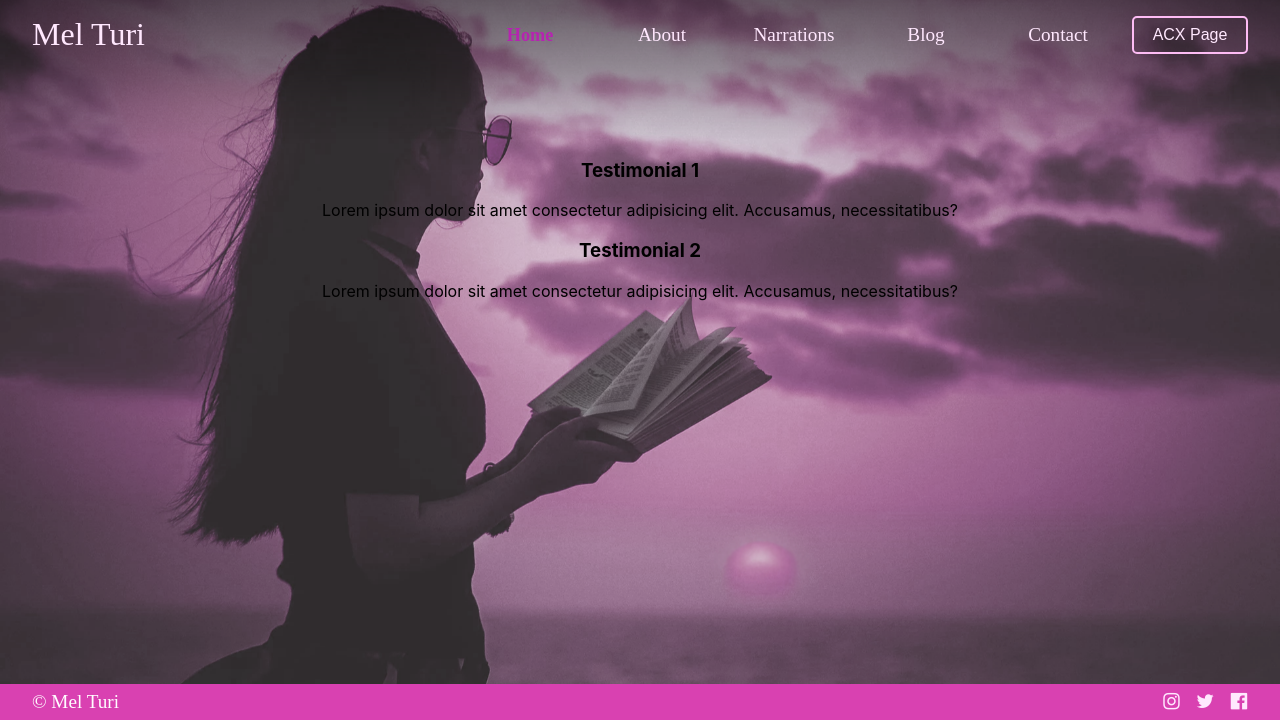
Repository: mel-turi/mel-turi-website
Page: /
An editor plug-in stored every save of this project. The page is shown before and after the next save, followed by the edit.
The browser window is 1280 px wide. The pictures show the whole page.
Some web fonts or font styles are not loaded; a fallback is used. The project was rebuilt for these pictures with package versions that can differ from the ones it lists, and the page was loaded fresh each time. Also part of the build but not shown: src/About.js, src/Narrations.js, src/Blog.js, src/Contact.js.

Above is the page before, as saved 2019-08-24 15:31:00.

After the next save:
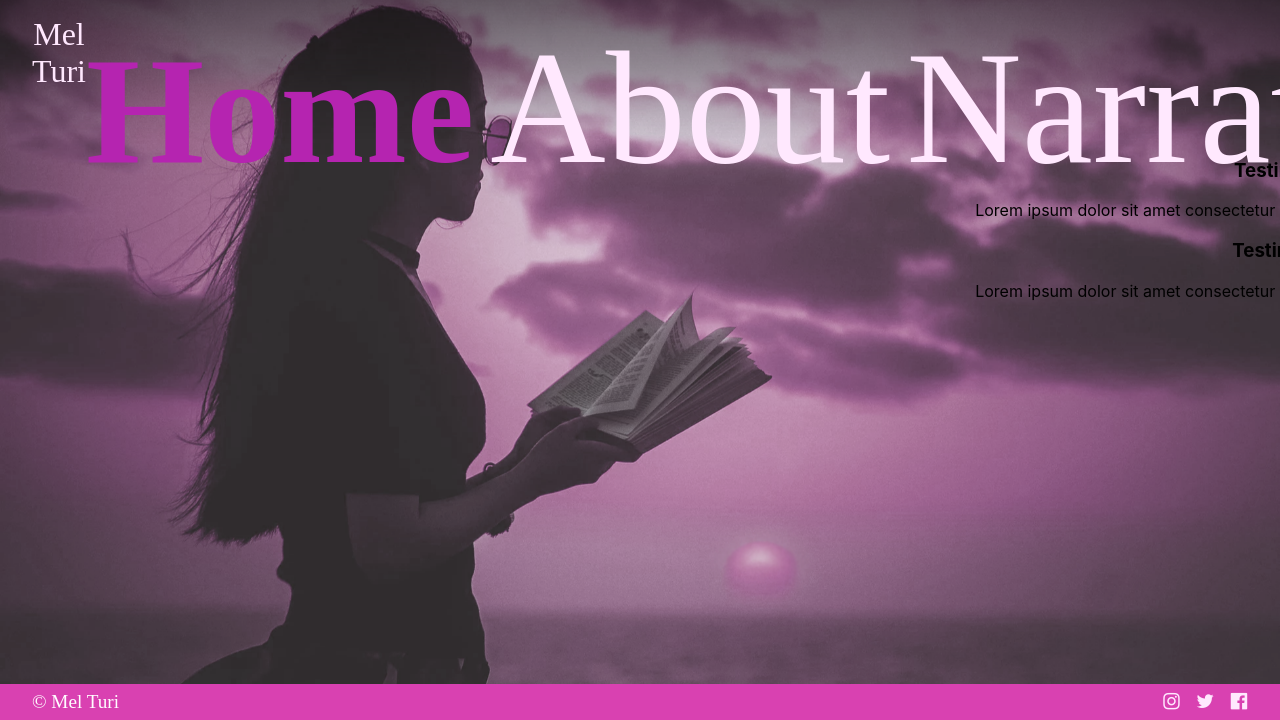
Saved 118 s later.
--- a/src/index.css
+++ b/src/index.css
@@ -58,7 +58,7 @@
 .nav-wrapper {
   color: var(--light-primary-color);
   font-family: 'Sail', cursive;
-  font-size: 1.2rem;
+  font-size: 10rem;
   height: 15vh;
   display: grid;
   grid-template-columns: 1fr 6fr;

After the save that followed:
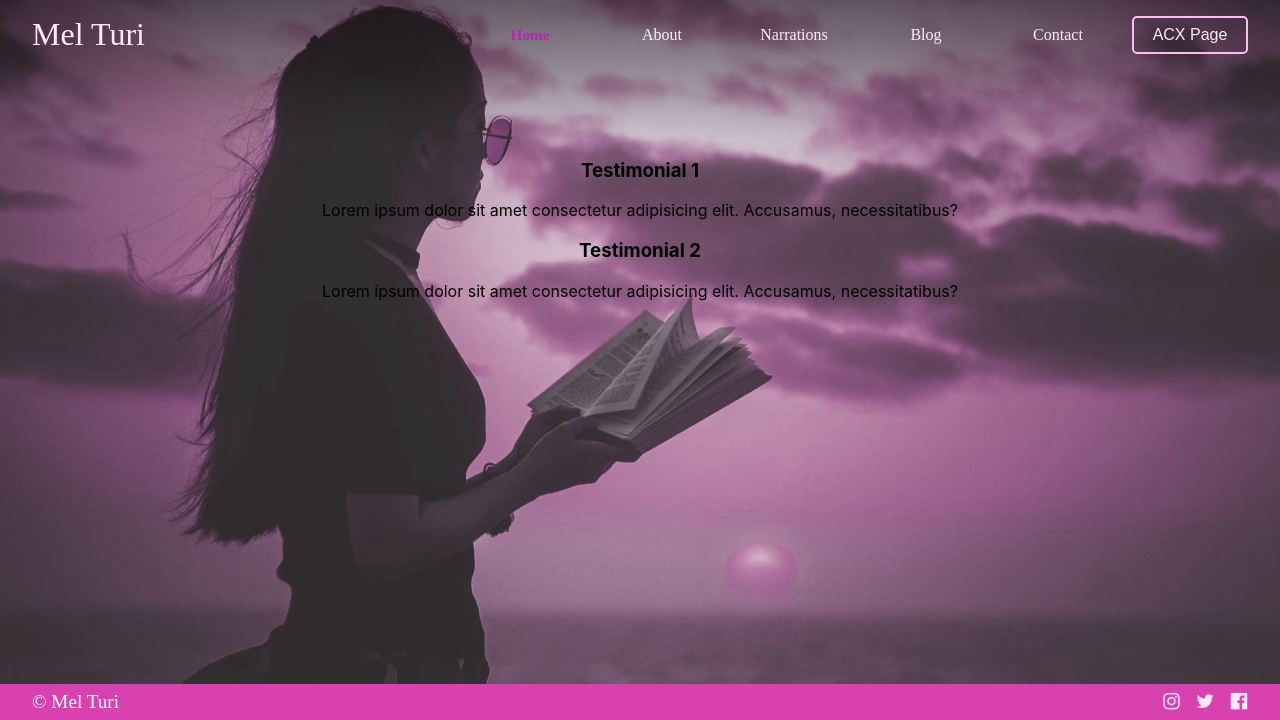
Saved 5 s later.
--- a/src/index.css
+++ b/src/index.css
@@ -58,7 +58,7 @@
 .nav-wrapper {
   color: var(--light-primary-color);
   font-family: 'Sail', cursive;
-  font-size: 10rem;
+  font-size: 1rem;
   height: 15vh;
   display: grid;
   grid-template-columns: 1fr 6fr;
